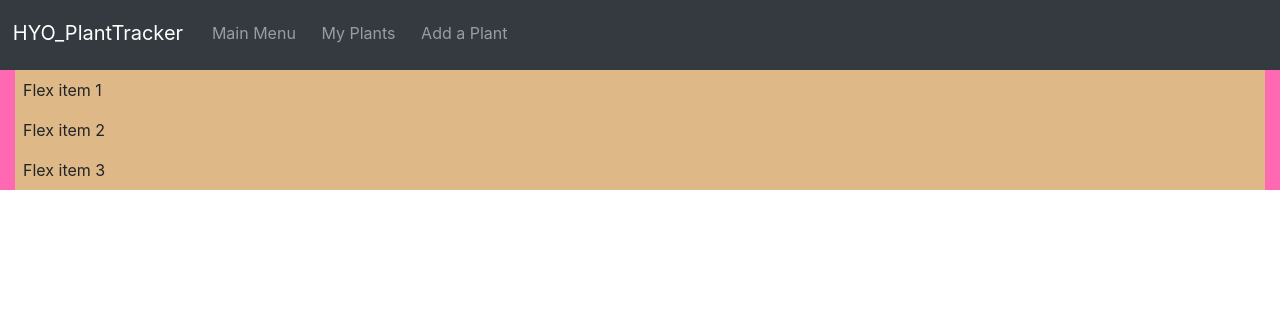
Repository: emersonwilliams/HYO_PlantTracker
Page: capstone_app/plant_tracker/templates/myplants.html
An editor plug-in stored every save of this project. The page is shown before and after the next save, followed by the edit.
The browser window is 1280 px wide. The pictures show the whole page.

Above is the page before, as saved 2020-08-02 01:42:39.

### capstone_app/plant_tracker/templates/myplants.html
<!-- this is the page where you can see all of your plants -->

<!DOCTYPE html>
<html lang="en">
<head>
    <meta charset="UTF-8">
    <title>Title</title>

</head>

<body>
    <link rel="stylesheet" href="https://stackpath.bootstrapcdn.com/bootstrap/4.5.0/css/bootstrap.min.css" integrity="sha384-9aIt2nRpC12Uk9gS9baDl411NQApFmC26EwAOH8WgZl5MYYxFfc+NcPb1dKGj7Sk" crossorigin="anonymous">
    <script src="https://code.jquery.com/jquery-3.5.1.slim.min.js" integrity="sha384-DfXdz2htPH0lsSSs5nCTpuj/zy4C+OGpamoFVy38MVBnE+IbbVYUew+OrCXaRkfj" crossorigin="anonymous"></script>
    <script src="https://cdn.jsdelivr.net/npm/popper.js@1.16.0/dist/umd/popper.min.js" integrity="sha384-Q6E9RHvbIyZFJoft+2mJbHaEWldlvI9IOYy5n3zV9zzTtmI3UksdQRVvoxMfooAo" crossorigin="anonymous"></script>

    <link rel="stylesheet" type = "text/css" href='../static/css/myplants.css'>

    <nav class="navbar navbar-expand-lg navbar-dark bg-dark">
    <a class="navbar-brand" href="#">HYO_PlantTracker</a>
    <button class="navbar-toggler" type="button" data-toggle="collapse" data-target="#navbarNavAltMarkup" aria-controls="navbarNavAltMarkup" aria-expanded="false" aria-label="Toggle navigation">
      <span class="navbar-toggler-icon"></span>
    </button>
    <div class="collapse navbar-collapse" id="navbarNavAltMarkup">
      <div class="navbar-nav">
        <a class="nav-item nav-link  op1" href="#">Main Menu <span class="sr-only"></span></a>
        <a class="nav-item nav-link op1 " href="#">My Plants</a>
        <a class="nav-item nav-link op1" href="#">Add a Plant</a>
      </div>
    </div>
  </nav>
  <div class ="container-fluid">

    <div class="d-flex flex-xl-column bd-highlight mb-3 jj">
        <div class="p-2 bd-highlight k1 justify-content-between
        ">Flex item 1</div>
        <div class="p-2 bd-highlight k1 justify-content-center
        ">Flex item 2</div>
        <div class="p-2 bd-highlight k1 justify-content-center
        ">Flex item 3</div>
    </div>
</div>
</body>

</html>

### capstone_app/plant_tracker/static/css/myplants.css
.navbar{
    padding: 0.5em 0.8em 0.8em 0.8em;

}
.op1{
    /* padding: 2em 2em 2em 2em; */
    margin: 0.3em ;

}

.container-fluid{
background-color: hotpink;
}

d-flex{
    background-color: hotpink;
}

.k1{
    background-color: burlywood;
}

After the next save:
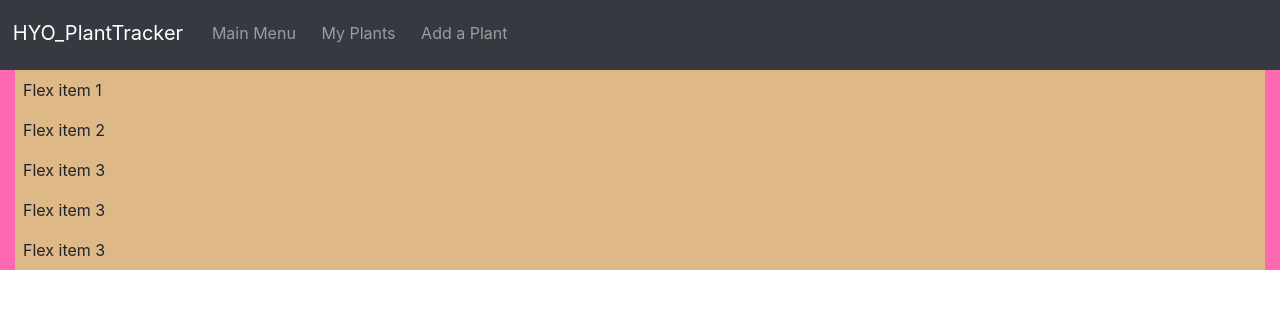
Saved 19 s later.
--- a/capstone_app/plant_tracker/templates/myplants.html
+++ b/capstone_app/plant_tracker/templates/myplants.html
@@ -37,6 +37,10 @@
         ">Flex item 2</div>
         <div class="p-2 bd-highlight k1 justify-content-center
         ">Flex item 3</div>
+        <div class="p-2 bd-highlight k1 justify-content-center
+        ">Flex item 3</div>
+        <div class="p-2 bd-highlight k1 justify-content-center
+        ">Flex item 3</div>
     </div>
 </div>
 </body>
